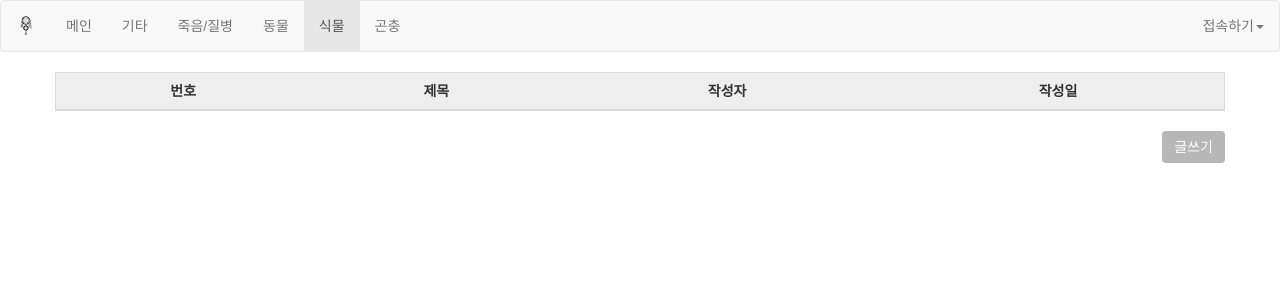
Repository: tjshee39/-1-2
Page: http://localhost/BBS/bbsPlant.jsp
An editor plug-in stored every save of this project. The page is shown before and after the next save, followed by the edit.
The browser window is 1280 px wide. The pictures show the whole page.
Some web fonts or font styles are not loaded; a fallback is used. The page is served by Tomcat 9. Other server files are loaded and not shown. Queries for data that is not in the repository find no rows.

Above is the page before, as saved 2020-06-29 13:09:11.

### project/BBS/WebContent/bbsPlant.jsp
<%@ page language="java" contentType="text/html; charset=UTF-8"
    pageEncoding="UTF-8"%>
<%@ page import="java.io.PrintWriter" %>   <!-- 라이브러리 불러오기 -->
<%@ page import="bbsplant.BbsPlantDAO" %>  <!-- bbs패키지에 있는 BbsDAO -->
<%@ page import="bbsplant.BbsPlant" %>
<%@ page import="java.util.ArrayList" %>  <!-- 게시판 목록 출력 -->
<!DOCTYPE html>
<html>
<head>
<meta charset="UTF-8">
<meta name="viewport" content="width=device-width", initial-scale="1">
<link rel="stylesheet" href="css/bootstrap.min.css">  <!-- bootstrap: 디자인 프레임워크(반응형) -->
<link rel="stylesheet" href="css/custom.css">
<title>JSP BBS</title>
<style type="text/css">
	a, a:hover {
		color: #000000;
		text-decoration: none;
	}
</style>
</head>
<body>
	<%   //로그인 된 사람들의 정보를 담을 수 있도록 만듦
		String userID = null;
		if (session.getAttribute("userID") != null) {  //현재 세션이 존재하는 사람이라면 ID값을 그대로 받아 관리할 수 있도록 만듦
			userID = (String) session.getAttribute("userID");
		}  //userID라는 변수에 해당ID가 담기고 그렇지 않은 사람들은 null

		int pageNumber = 1;  //기본적으로 1페이지
		if (request.getParameter("pageNumber") != null) {
			pageNumber = Integer.parseInt(request.getParameter("pageNumber"));
		}
	%>
	<nav class="navbar navbar-default">
		<div class="navbar-header">
			<button type="button" class="navbar-toggle collapsed"
				data-toggle="collapse" data-target="#bs-example-navbar-collapse-1"
				aria-expanded="false">
				<span class="icon-bar"></span>  <!-- 메뉴 -->
				<span class="icon-bar"></span>
				<span class="icon-bar"></span>
				<span class="icon-bar"></span>
				<span class="icon-bar"></span>
				<span class="icon-bar"></span>
				<span class="icon-bar"></span>
			</button>
			<a class="navbar-brand" href="main.jsp"><img src="images/titleLogo.png" height="100%"></a>
		</div>
		<div class="collapse navbar-collapse" id="bs-example-navbar-collapse-1">
			<ul class="nav navbar-nav">
				<li><a href="main.jsp">메인</a></li>  <!-- active: 현재 접속한 페이지 -->
				<li><a href="bbs.jsp">기타</a></li>
				<li><a href="bbsLife.jsp">죽음/질병</a>
				<li><a href="bbsAnimal.jsp">동물</a>
				<li class="active"><a href="bbsPlant.jsp">식물</a>
				<li><a href="bbsInsect.jsp">곤충</a>
			</ul>
			<%  //로그인 되어있지 않은 경우만 나올 수 있음
				if (userID == null) {
			%>
			<ul class="nav navbar-nav navbar-right">
				<li class="dropdown">
					<a href="#" class="dropdown-toggle"
						data-toggle="dropdown" role="button" aria-haspopup="true"
						aria-expanded="false">접속하기<span class="caret"></span></a>
					<ul class="dropdown-menu">
						<li><a href="login.jsp">로그인</a></li>
						<li><a href="join.jsp">회원가입</a></li>
					</ul>
				</li>
			</ul>
			<%
				} else {   //로그인 되어있을 때
			%>
			<ul class="nav navbar-nav navbar-right">
				<li class="dropdown">
					<a href="#" class="dropdown-toggle"
						data-toggle="dropdown" role="button" aria-haspopup="true"
						aria-expanded="false">회원관리<span class="caret"></span></a>
					<ul class="dropdown-menu">
						<li><a href="logoutAction.jsp">로그아웃</a></li>
					</ul>
				</li>
			</ul>
			<%
				}
			%>
		</div>
	</nav>
	<div class="container">  <!-- 특정한 내용을 담을 수 있는 container 지정 -->
		<div class="row">  <!-- table-striped: 게시판의 글 목록들이 홀/짝수 번갈아가면서 색상 변경 -->
			<table class="table table-striped" style="text-align: center; border: 1px solid #dddddd">
			<thead>
				<tr>  <!-- 글의 목록만 보여주는 기능 -->
					<th style="background-color: #eeeeee; text-align: center; ">번호</th>
					<th style="background-color: #eeeeee; text-align: center; ">제목</th>
					<th style="background-color: #eeeeee; text-align: center; ">작성자</th>
					<th style="background-color: #eeeeee; text-align: center; ">작성일</th>
				</tr>
			</thead>
			<tbody>
				<%
					BbsPlantDAO bbsPlantDAO = new BbsPlantDAO();
					ArrayList<BbsPlant> list = bbsPlantDAO.getList(pageNumber);
					for (int i = 0; i < list.size(); i++) {
				%>
				<tr>
					<td><%= list.get(i).getBbsPlantID() %></td>
					<td><a href="viewPlant.jsp?bbsPlantID=<%=list.get(i).getBbsPlantID() %>"><%= list.get(i).getBbsPlantTitle() %></a></td>
					<!-- 제목 누르면 해당 게시글의 내용을 보여주는 페이지로 이동 -->
					<!-- 해당 게시글 번호를 매개변수로 보냄 -->
					<td><%= list.get(i).getUserID() %></td>
					<td><%= list.get(i).getBbsPlantDate().substring(0, 11) + list.get(i).getBbsPlantDate().substring(11, 13)
					+ "시" + list.get(i).getBbsPlantDate().substring(14, 16) + "분" %></td>
					<!-- substirng: 필요한 부분만 잘라서 출력 -->
				</tr>
				<%
					}
				%>
			</tbody>
			</table>
				<%
					if (pageNumber != 1) {
				%>
					<a href="bbsPlant.jsp?pageNumber=<%=pageNumber - 1 %>" class="btn btn-success btn-arrow-left"
					style="background-color: #888686; border: #888686">이전</a>
				<%
					} if(bbsPlantDAO.nextPage(pageNumber + 1)) {  //다음 페이지가 존재한다면
				%>
					<a href="bbsPlant.jsp?pageNumber=<%=pageNumber + 1 %>" class="btn btn-success btn-arrow-right"
					style="background-color: #888686; border: #888686">다음</a>
				<%
					}
				%>

				<!-- 회원만 넘어갈 수 있음 -->
				<%
					if ((String)session.getAttribute("userID")!= "gksh054") {
				%>
					<a href="writePlant.jsp" class="btn btn-primary pull-right"
					style="background-color:#b7b7b7; border:0;">글쓰기</a>
				<%
					} else {
				%>

				<button class="btn btn-primary purll-right"
					onclick="if(confirm('로그인 하세요'))location.href='login.jsp';" type="button"
					style="background-color:#b7b7b7; border:0;">글쓰기</button>
				<%
					}
				%>

			<!-- <a href="write.jsp" class="btn btn-primary pull-right">글쓰기</a>  <!-- 오른쪽에 글쓰기버튼 -->
		</div>
	</div>

	<script src="https://ajax.googleapis.com/ajax/libs/jquery/1.12.4/jquery.min.js"></script>
	<script src="js/bootstrap.js"></script>
</body>
</html>

### project/BBS/src/bbsplant/BbsPlantDAO.java
package bbsplant;

import java.sql.Connection;
import java.sql.DriverManager;
import java.sql.PreparedStatement;
import java.sql.ResultSet;
import java.util.ArrayList;

public class BbsPlantDAO {
	private Connection conn;   // connection: 데이터베이스에 접근 가능하게 해주는 객체
	private ResultSet rs;   // 어떠한 정보를 담을 수 있는 객체(DB data), ctrl + shift + o = auto import

	public BbsPlantDAO() {  //class이름과 method이름 동일, DB연결
		try {
			String dbURL = "jdbc:mysql://localhost:3306/BBSPlant?serverTimezone=UTC";
			String dbID = "root";
			String dbPassword = "gkstjsgml054@";   // 자신의 root계정의 비밀번호
			Class.forName("com.mysql.jdbc.Driver");   // mysql 드라이버: mysql에 접속할 수 있도록 해주는 매개체의 라이브러리
			conn = DriverManager.getConnection(dbURL, dbID, dbPassword);   //dbRUL에 dbID와 dbPassword를 이용하여 접속
			} catch (Exception e) {   // 예외처리
				e.printStackTrace();   // 오류발생
				}
		}

	public String getDate() {  //글 작성 시 현재 서버의 시간 넣어줌
		String SQL = "SELECT NOW()"; //현재 시간을 가져오는 sql문장
		try {
			PreparedStatement pstmt = conn.prepareStatement(SQL);  //sql문자를 실행준비단계 상태로
			rs = pstmt.executeQuery();  //실제로 실행했을 때 나오는 결과 가져옴
			if (rs.next()) {
				return rs.getString(1);  //현재의 날짜 그대로 반환
			}
		} catch (Exception e) {
			e.printStackTrace();
		}
		return "";  //데이터베이스 오류
	}

	public int getNext() {
		String SQL = "SELECT bbsPlantID FROM BBSPLANT ORDER BY bbsPlantID DESC"; //BBS테이블에서 내림차순(bbsID기준)으로 가장 마지막에 쓰인 글의 번호 가져옴
		try {
			PreparedStatement pstmt = conn.prepareStatement(SQL);  //sql문자를 실행준비단계 상태로
			rs = pstmt.executeQuery();  //실제로 실행했을 때 나오는 결과 가져옴
			if (rs.next()) {
				return rs.getInt(1) +1;  //다음 게시글의 번호
			}
			return 1;  //첫 번재 게시글인 경우
		} catch (Exception e) {
			e.printStackTrace();
		}
		return -1;  //데이터베이스 오류
	}

	public int write(String bbsPlantTitle, String userID, String bbsPlantContent) {  //게시글 db에 삽입
		String SQL = "INSERT INTO BBSPLANT VALUES (?, ?, ?, ?, ?, ?)";
		try {
			PreparedStatement pstmt = conn.prepareStatement(SQL);  //sql문자를 실행준비단계 상태로
			pstmt.setInt(1, getNext());  //게시글 번호
			pstmt.setString(2, bbsPlantTitle);
			pstmt.setString(3, userID);
			pstmt.setString(4, getDate());
			pstmt.setString(5, bbsPlantContent);
			pstmt.setInt(6, 1);  //available = 1: 삭제 안됨
			return pstmt.executeUpdate();
		} catch (Exception e) {
			e.printStackTrace();
		}
		return -1;  //데이터베이스 오류
		}



	public ArrayList<BbsPlant> getList(int pageNumber) {  //DB에서 글 목록 가져오는 소스코드는 BbsDAO.java에 리스트에 담아 반환

		String SQL = "SELECT * FROM BBSPLANT WHERE bbsPlantID < ? AND bbsPlantAvailable = 1 "
				+ "ORDER BY bbsPlantID DESC LIMIT 10"; //한페이지에 글 최대 10개
		ArrayList<BbsPlant> list  = new ArrayList<BbsPlant>();  //Bbs라는 클래스에서 나온 인스턴스를 보관할 수 있는 리스트
		try {
			PreparedStatement pstmt = conn.prepareStatement(SQL);  //sql문자를 실행준비단계 상태로
			pstmt.setInt(1, getNext() - (pageNumber -1) * 10);
			rs = pstmt.executeQuery();  //실제로 실행했을 때 나오는 결과 가져옴
			while (rs.next()) {
				BbsPlant bbsplant = new BbsPlant();
				bbsplant.setBbsPlantID(rs.getInt(1));
				bbsplant.setBbsPlantTitle(rs.getString(2));
				bbsplant.setUserID(rs.getString(3));
				bbsplant.setBbsPlantDate(rs.getString(4));
				bbsplant.setBbsPlantContent(rs.getString(5));
				bbsplant.setBbsPlantAvailable(rs.getInt(6));
				list.add(bbsplant);
			}
		} catch (Exception e) {
			e.printStackTrace();
		}
		return list;  //게시글 리스트 출력
	}

	public boolean nextPage(int pageNumber) {  //페이징 처리
		String SQL = "SELECT * FROM BBSPLANT WHERE bbsPlantID < ? AND bbsPlantAvailable = 1"; //한페이지에 글 최대 10개
		ArrayList<BbsPlant> list  = new ArrayList<BbsPlant>();  //Bbs라는 클래스에서 나온 인스턴스를 보관할 수 있는 리스트
		try {
			PreparedStatement pstmt = conn.prepareStatement(SQL);  //sql문자를 실행준비단계 상태로
			pstmt.setInt(1, getNext() - (pageNumber -1) * 10);
			rs = pstmt.executeQuery();  //실제로 실행했을 때 나오는 결과 가져옴
			if (rs.next()) {
				return true;
			}
		} catch (Exception e) {
			e.printStackTrace();
		}
		return false;
	}

	public BbsPlant getBbsPlant(int bbsPlantID) {  //게시글의 내용 불러오는 함수 (특정한 id에 해당하는 게시글 가져옴)
		String SQL = "SELECT * FROM BBSPLANT WHERE bbsPlantID = ?";  //bbsID가 특정한 숫자인 경우
		try {
			PreparedStatement pstmt = conn.prepareStatement(SQL);  //sql문자를 실행준비단계 상태로
			pstmt.setInt(1, bbsPlantID);
			rs = pstmt.executeQuery();  //실제로 실행했을 때 나오는 결과 가져옴
			if (rs.next()) {
				BbsPlant bbsplant = new BbsPlant();
				bbsplant.setBbsPlantID(rs.getInt(1));
				bbsplant.setBbsPlantTitle(rs.getString(2));
				bbsplant.setUserID(rs.getString(3));
				bbsplant.setBbsPlantDate(rs.getString(4));
				bbsplant.setBbsPlantContent(rs.getString(5));
				bbsplant.setBbsPlantAvailable(rs.getInt(6));

				return bbsplant;  //여섯개의 변수를 받은 후 bbs인스턴스에 넣어줌
			}
		} catch (Exception e) {
			e.printStackTrace();
		}
		return null;
	}

	public int update(int bbsPlantID, String bbsPlantTitle, String bbsPlantContent) {
		String SQL = "UPDATE BBSPLANT SET bbsPlantTitle = ?, bbsPlantContent = ? , "
				+ "bbsPlantDate = ? WHERE bbsPlantID = ?";  //특정한 bbsID의 글의 제목과 내용 변경
		try {
			PreparedStatement pstmt = conn.prepareStatement(SQL);  //sql문자를 실행준비단계 상태로
			pstmt.setString(1, bbsPlantTitle);
			pstmt.setString(2, bbsPlantContent);
			pstmt.setString(3, getDate());
			pstmt.setInt(4, bbsPlantID);
			return pstmt.executeUpdate();
		} catch (Exception e) {
			e.printStackTrace();
		}
		return -1;  //데이터베이스 오류
	}

	public int delete(int bbsPlantID) {
		String SQL = "UPDATE BBSPLANT SET bbsPlantAvailable = 0 WHERE bbsPlantID = ?";  //글 삭제해도 기록은 남음
		try {
			PreparedStatement pstmt = conn.prepareStatement(SQL);  //sql문자를 실행준비단계 상태로
			pstmt.setInt(1, bbsPlantID);
			return pstmt.executeUpdate();
		} catch (Exception e) {
			e.printStackTrace();
		}
		return -1;  //데이터베이스 오류
	}
}

### project/BBS/WebContent/css/custom.css
@import url('https://fonts.googleapis.com/css2?family=Nanum+Gothic&display=swap');  <!-- 구글 제공 폰트 -->
@import url('https://fonts.googleapis.com/css2?family=Nanum+Gothic&family=Open+Sans&family=Ubuntu&display=swap');
@import url('https://fonts.googleapis.com/css2?family=Source+Serif+Pro:wght@600&display=swap');

Loaded but not shown: project/BBS/WebContent/css/bootstrap.min.css (library); project/BBS/WebContent/js/bootstrap.js (library)

After the next save:
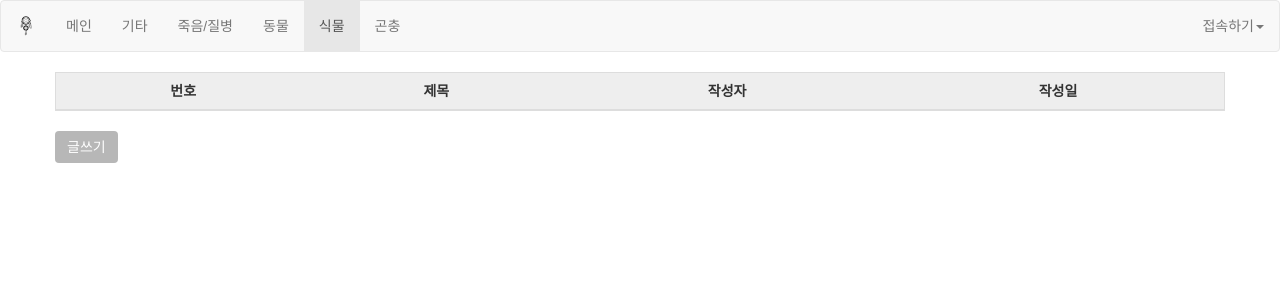
Saved 30 s later.
--- a/project/BBS/WebContent/bbsPlant.jsp
+++ b/project/BBS/WebContent/bbsPlant.jsp
@@ -135,7 +135,7 @@
 
 				<!-- 회원만 넘어갈 수 있음 -->
 				<%
-					if ((String)session.getAttribute("userID")!= "gksh054") {
+					if ((String)session.getAttribute("userID") == "gksh054") {
 				%>
 					<a href="writePlant.jsp" class="btn btn-primary pull-right"
 					style="background-color:#b7b7b7; border:0;">글쓰기</a>
